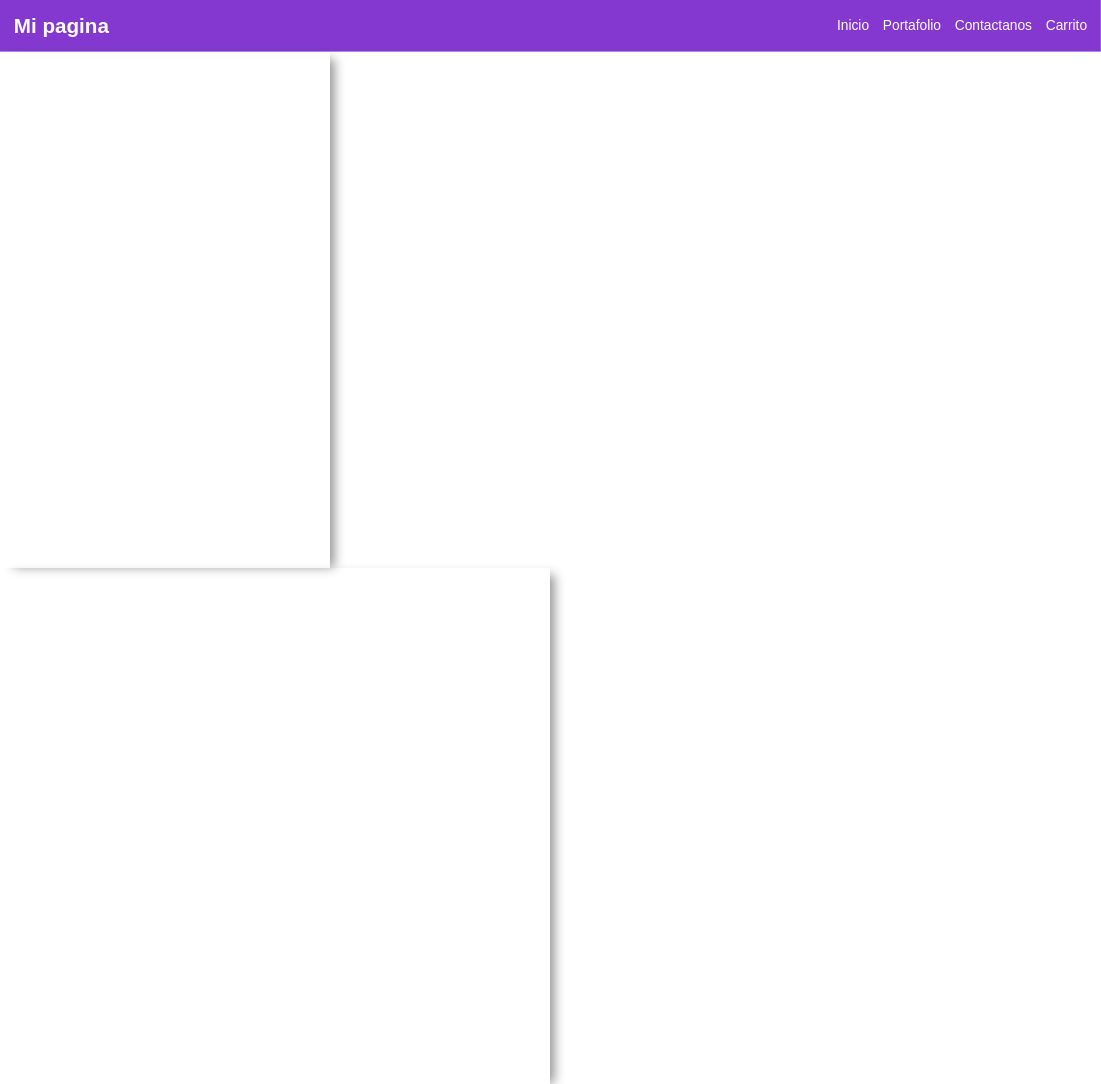
Repository: TzStrikerYT/Dise-o-web-NA00
Page: Proyecto-01/index.html
The author's editor kept a copy of each file at every save. The page is drawn from the files as they stood at one save, then again after the next save.
The browser window is 1280 px wide. The pictures show the whole page, at 86% of full size.

Above is the page before, as saved 2024-08-21 21:23:50.

After the next save:
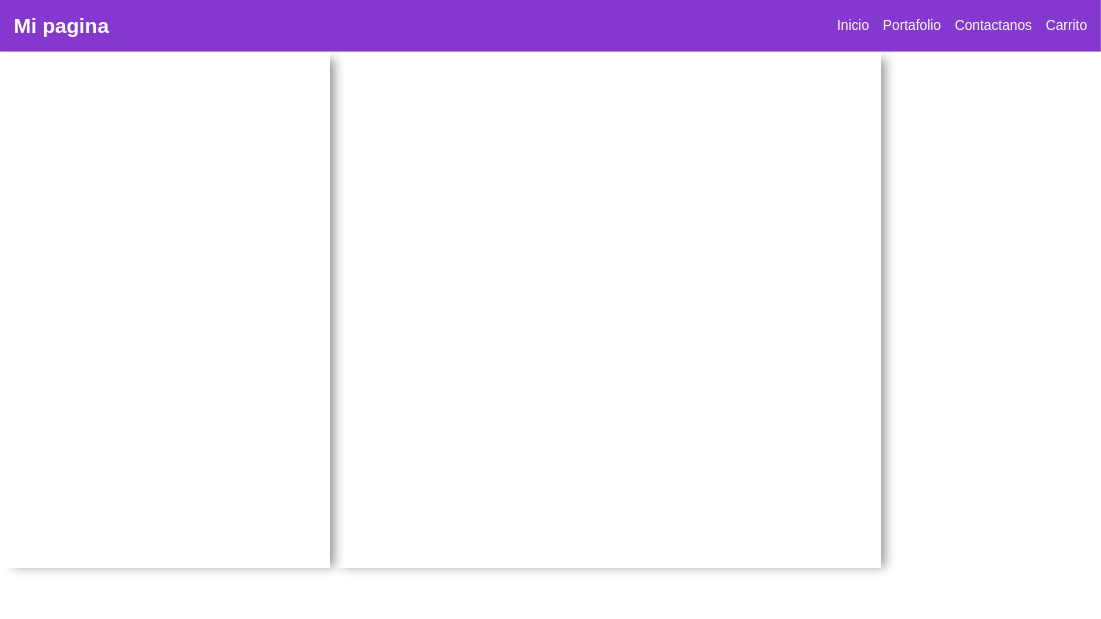
Saved 13 s later.
--- a/Proyecto-01/style.css
+++ b/Proyecto-01/style.css
@@ -28,7 +28,7 @@
     color: #9e9e9e;
 }
 
-.home.container {
+.home-container {
     display: flex;
 }
 
